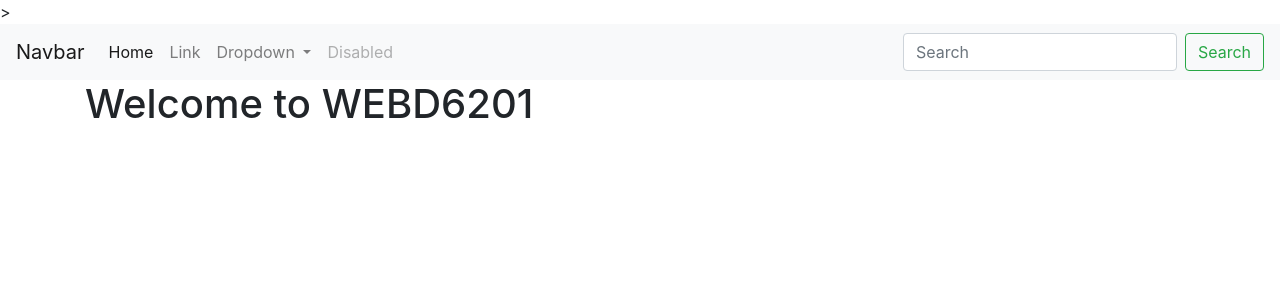
Repository: evanpalmer002/WEBD6201-W2021-Week2A
Page: week2a/index.html
An editor plug-in stored every save of this project. The page is shown before and after the next save, followed by the edit.
The browser window is 1280 px wide. The pictures show the whole page.

Above is the page before, as saved 2021-01-19 09:16:19.
Not found: week2a/Content/app,ss
Not found: week2a/Content/app.ss

### week2a/index.html
<!DOCTYPE html>
<html lang="en"
<head>
    <meta charset ="UTF-8">
    <meta name="viewport">
    <title>WEBD6201 - ICE 1</title>>
    <link rel ="stylesheet" href="./Content/app.ss">
    <link rel="stylesheet" href="https://maxcdn.bootstrapcdn.com/bootstrap/4.0.0/css/bootstrap.min.css" integrity="sha384-Gn5384xqQ1aoWXA+058RXPxPg6fy4IWvTNh0E263XmFcJlSAwiGgFAW/dAiS6JXm" crossorigin="anonymous">
    <link rel="stylesheet" href="./Content/app,ss">
</head>
<body>
    <header>

        <nav class="navbar navbar-expand-lg navbar-light bg-light">
            <a class="navbar-brand" href="#">Navbar</a>
            <button class="navbar-toggler" type="button" data-toggle="collapse" data-target="#navbarSupportedContent" aria-controls="navbarSupportedContent" aria-expanded="false" aria-label="Toggle navigation">
              <span class="navbar-toggler-icon"></span>
            </button>

            <div class="collapse navbar-collapse" id="navbarSupportedContent">
              <ul class="navbar-nav mr-auto">
                <li class="nav-item active">
                  <a class="nav-link" href="#">Home <span class="sr-only">(current)</span></a>
                </li>
                <li class="nav-item">
                  <a class="nav-link" href="#">Link</a>
                </li>
                <li class="nav-item dropdown">
                  <a class="nav-link dropdown-toggle" href="#" id="navbarDropdown" role="button" data-toggle="dropdown" aria-haspopup="true" aria-expanded="false">
                    Dropdown
                  </a>
                  <div class="dropdown-menu" aria-labelledby="navbarDropdown">
                    <a class="dropdown-item" href="#">Action</a>
                    <a class="dropdown-item" href="#">Another action</a>
                    <div class="dropdown-divider"></div>
                    <a class="dropdown-item" href="#">Something else here</a>
                  </div>
                </li>
                <li class="nav-item">
                  <a class="nav-link disabled" href="#">Disabled</a>
                </li>
              </ul>
              <form class="form-inline my-2 my-lg-0">
                <input class="form-control mr-sm-2" type="search" placeholder="Search" aria-label="Search">
                <button class="btn btn-outline-success my-2 my-sm-0" type="submit">Search</button>
              </form>
            </div>
          </nav>
    </header>

    <main class="container">
        <h1>Welcome to WEBD6201</h1>
    </main>


</body>

### week2a/Scripts/app.js
/*custon javascript  goes here */

// - Immediately invoked function Expression

(function()
{

    function Start()
    {
        console.log("App Started...");

    }

    window.addEventListener("load", Start);
})();

Loaded but not shown: week2a/node_modules/bootstrap/dist/css/bootstrap.min.css (library); week2a/node_modules/@fortawesome/fontawesome-free/css/all.min.css (library); week2a/node_modules/jquery/dist/jquery.min.js (library); week2a/node_modules/bootstrap/dist/js/bootstrap.bundle.min.js (library)

After the next save:
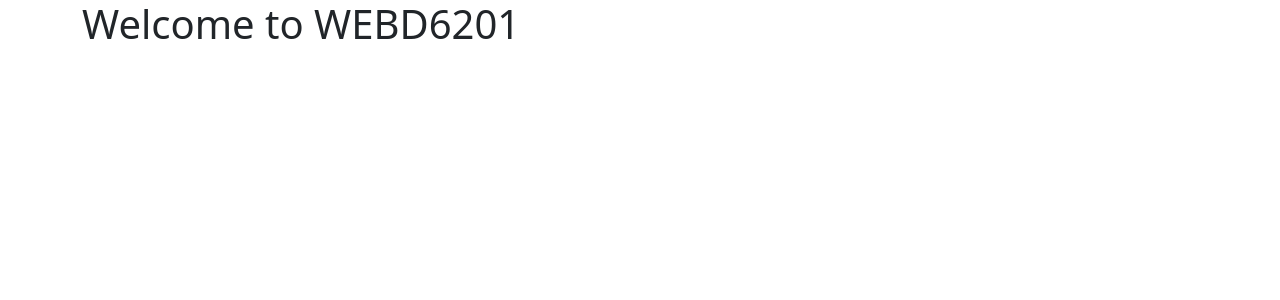
Saved 3 min 1 s later.
--- a/week2a/index.html
+++ b/week2a/index.html
@@ -1,56 +1,23 @@
 <!DOCTYPE html>
-<html lang="en"
+<html lang="en">
 <head>
-    <meta charset ="UTF-8">
-    <meta name="viewport">
-    <title>WEBD6201 - ICE 1</title>>
-    <link rel ="stylesheet" href="./Content/app.ss">
-    <link rel="stylesheet" href="https://maxcdn.bootstrapcdn.com/bootstrap/4.0.0/css/bootstrap.min.css" integrity="sha384-Gn5384xqQ1aoWXA+058RXPxPg6fy4IWvTNh0E263XmFcJlSAwiGgFAW/dAiS6JXm" crossorigin="anonymous">
-    <link rel="stylesheet" href="./Content/app,ss">
+    <meta charset="UTF-8">
+    <meta name="viewport" content="width=device-width, initial-scale=1.0">
+    <title>WEBD6201 - ICE 1</title>
+    <!-- CSS Section -->
+    <link rel="stylesheet" href="./node_modules/bootstrap/dist/css/bootstrap.min.css">
+    <link rel="stylesheet" href="./node_modules/@fortawesome//fontawesome-free/css/all.min.css">
+    <link rel="stylesheet" href="./Content/app.css">
 </head>
 <body>
-    <header>
 
-        <nav class="navbar navbar-expand-lg navbar-light bg-light">
-            <a class="navbar-brand" href="#">Navbar</a>
-            <button class="navbar-toggler" type="button" data-toggle="collapse" data-target="#navbarSupportedContent" aria-controls="navbarSupportedContent" aria-expanded="false" aria-label="Toggle navigation">
-              <span class="navbar-toggler-icon"></span>
-            </button>
+    <div class="container">
+        <h1>Welcome to WEBD6201</h1>
+    </div>
 
-            <div class="collapse navbar-collapse" id="navbarSupportedContent">
-              <ul class="navbar-nav mr-auto">
-                <li class="nav-item active">
-                  <a class="nav-link" href="#">Home <span class="sr-only">(current)</span></a>
-                </li>
-                <li class="nav-item">
-                  <a class="nav-link" href="#">Link</a>
-                </li>
-                <li class="nav-item dropdown">
-                  <a class="nav-link dropdown-toggle" href="#" id="navbarDropdown" role="button" data-toggle="dropdown" aria-haspopup="true" aria-expanded="false">
-                    Dropdown
-                  </a>
-                  <div class="dropdown-menu" aria-labelledby="navbarDropdown">
-                    <a class="dropdown-item" href="#">Action</a>
-                    <a class="dropdown-item" href="#">Another action</a>
-                    <div class="dropdown-divider"></div>
-                    <a class="dropdown-item" href="#">Something else here</a>
-                  </div>
-                </li>
-                <li class="nav-item">
-                  <a class="nav-link disabled" href="#">Disabled</a>
-                </li>
-              </ul>
-              <form class="form-inline my-2 my-lg-0">
-                <input class="form-control mr-sm-2" type="search" placeholder="Search" aria-label="Search">
-                <button class="btn btn-outline-success my-2 my-sm-0" type="submit">Search</button>
-              </form>
-            </div>
-          </nav>
-    </header>
-
-    <main class="container">
-        <h1>Welcome to WEBD6201</h1>
-    </main>
-
-
+    <!-- JavaScript Section -->
+    <script src="./node_modules/jquery/dist/jquery.min.js"></script>
+    <script src="./node_modules/bootstrap/dist/js/bootstrap.bundle.min.js"></script>
+    <script src="./Scripts/app.js"></script>
 </body>
+</html>
